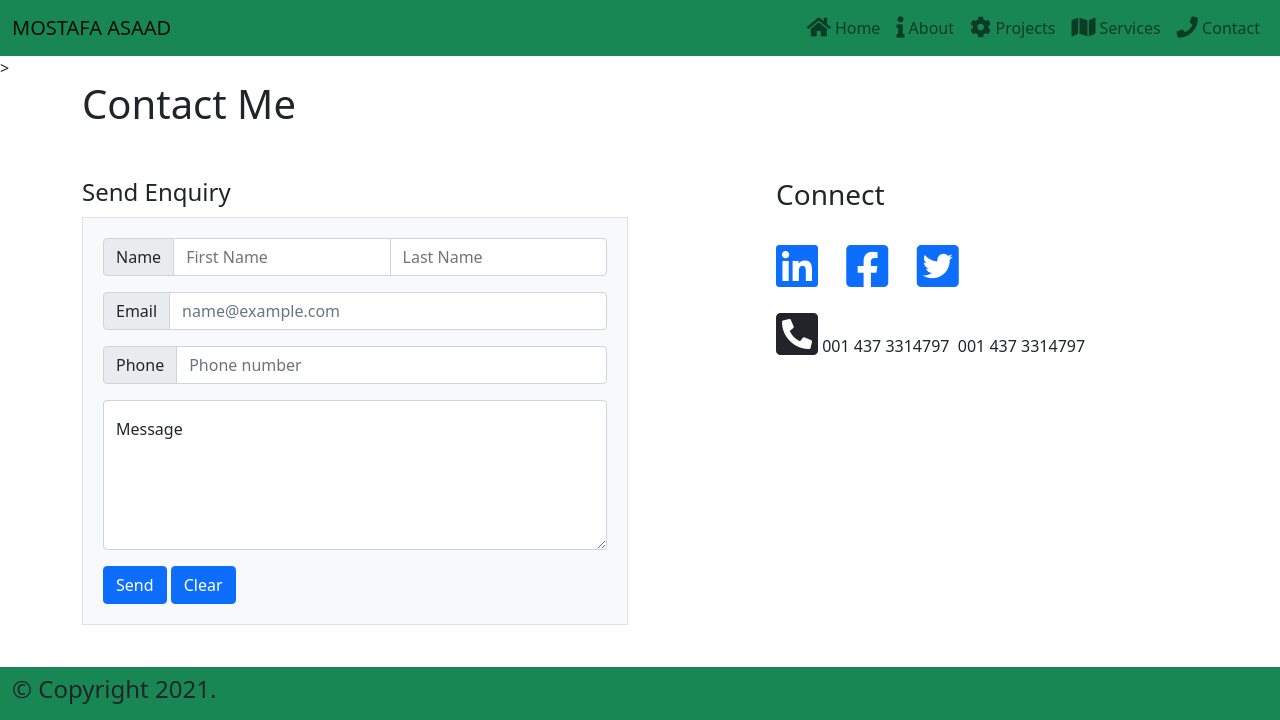
Repository: Mostafa-Asaad/Portfolio
Page: http://localhost/contact
These files come from the project's save history. The page is drawn as it stood at one moment and after the next save; the edit follows.
The browser window is 1280 px wide. The pictures show the whole page.
The page is served by the project's Node server (index.js). Other server files are loaded and not shown.

Above is the page before, as saved 2021-06-04 16:46:10.

### Server/Views/index.ejs
<!DOCTYPE html>
<html lang="en">
<head>
  <meta charset="UTF-8">
  <meta http-equiv="X-UA-Compatible" content="IE=edge">
  <meta name="viewport" content="width=device-width, initial-scale=1.0">
  <title><%= title %></title>
  <!-- CSS Section -->
  <link rel="stylesheet" href="/bootstrap/dist/css/bootstrap.min.css">
  <link rel="stylesheet" href="/@fortawesome/fontawesome-free/css/all.min.css">
  <link rel="stylesheet" href="/Content/app.css">
</head>
<body>
  <!-- Navigation Section -->
 <header>
  <%- include('./components/header.ejs') %>
 </header>

  <!--Main Content-->>
  <main>
    <%- include('./content/' + page + '.ejs') %>
  </main>

  <!-- Bottom Nav -->
  <footer>
    <%- include('./components/footer.ejs') %>
  </footer>

  <!-- JavaScript Section -->
  <script src="/jquery/dist/jquery.min.js"></script>
  <script src="/bootstrap/dist/js/bootstrap.min.js"></script>
  <script src="/Scripts/app.js"></script>
</body>
</html>

### Server/Views/components/header.ejs
<nav class="navbar navbar-expand-lg navbar-light bg-success">
    <div class="container-fluid">
      <a class="navbar-brand" href="#">MOSTAFA ASAAD</a>
      <button class="navbar-toggler" type="button" data-bs-toggle="collapse" data-bs-target="#navbarSupportedContent" aria-controls="navbarSupportedContent" aria-expanded="false" aria-label="Toggle navigation">
        <span class="navbar-toggler-icon"></span>
      </button>
      <div class="collapse navbar-collapse" id="navbarSupportedContent">
        <ul class="navbar-nav ms-auto mb-2 mb-lg-0">
          <li class="nav-item">
            <a class="nav-link" href="/home"><i class="fas fa-home fa-lg"></i> Home</a>
          </li>
          <li class="nav-item">
            <a class="nav-link" href="/about"><i class="fas fa-info fa-lg"></i> About</a>
          </li>
          <li class="nav-item">
            <a class="nav-link" href="/projects"><i class="fas fa-cog fa-lg"></i> Projects</a>
          </li>
          <li class="nav-item">
            <a class="nav-link" href="/services"><i class="fas fa-map fa-lg"></i> Services</a>
          </li>
          <li class="nav-item">
            <a class="nav-link" href="/contact"><i class="fas fa-phone fa-lg"></i> Contact</a>
          </li>
        </ul>
      </div>
    </div>
  </nav>

### Server/Views/content/contact.ejs

<!-- Page Title -->
<div class="container" style= "margin-bottom:50px;" >
  <h1>Contact Me</h1>
</div>

<!-- Message form -->

<div class="container">
  <div class="row align-items-start">
    <div class="col-6">
      <div style= "margin-bottom:10px;">
       <h4>Send Enquiry</h4>
      </div>
      <div class="col border border-bottom rounded-lg bg-light">
       <div style= "margin:20px;">
    <!-- First and last name -->
          <div class="input-group mb-3"  >
            <span class="input-group-text">Name</span>
            <input type="text" placeholder="First Name" aria-label="First name" class="form-control">
            <input type="text" placeholder="Last Name" aria-label="Last name" class="form-control">
          </div>
    <!-- email Form -->
          <div class="input-group flex-nowrap mb-3">
            <span class="input-group-text" id="addon-wrapping">Email</span>
            <input type="text" class="form-control" placeholder="name@example.com" aria-label="email address" aria-describedby="addon-wrapping">
           </div>
    <!-- Phone number -->
          <div class="input-group mb-3">
            <span class="input-group-text" id="inputGroup-sizing-default">Phone</span>
            <input type="text" placeholder="Phone number" class="form-control" aria-label="Sizing example input" aria-describedby="inputGroup-sizing-default">
          </div>
    <!-- Comments -->
          <div class="form-floating mb-3">
            <textarea class="form-control" placeholder="Leave a comment here" id="floatingTextarea2" style="height: 150px"></textarea>
            <label for="floatingTextarea2">Message</label>
          </div>
    <!-- Click Buttons -->
          <input class="btn btn-primary" type="submit" value="Send" >
          <input class="btn btn-primary" type="submit" value="Clear" >
        </div>
      </div>
    </div>
  <!-- Connect Buttons -->
    <div class="col">
      <div class="container-fluid ">
        <div style= "margin-left:100px;">
          <div style= "margin-bottom:30px;">
            <h3>Connect</h3>
          </div>
          <div class="row align-items-start" style= "margin-bottom:20px;">
            <div class="col-2 margin-bottom:30px">
              <a class="link" href="https://www.linkedin.com/in/mostafa-asaad/"><i class="fab fa-linkedin fa-3x"></i></a>
            </div>
            <div class="col-2">
              <a class="link" href="https://www.facebook.com/"><i class="fab fa-facebook-square fa-3x"></i></a>
            </div>
            <div class="col-2">
              <a class="link" href="https://twitter.com/Moe_Asd"><i class="fab fa-twitter-square fa-3x"></i></a>
            </div>
          </div>
          <i class="fas fa-phone-square-alt fa-3x"></i> 001 437 3314797</h6>
          <i class="fas fa-email-square-alt fa-3x"></i> 001 437 3314797</h6>
        </div>
      </div>
    </div>
  </div>
 </div>

### Server/Views/components/footer.ejs
<nav class="navbar fixed-bottom navbar-success bg-success">
    <div class="container-fluid">
      <h4>&copy; Copyright 2021.</h4>
    </div>
  </nav>

### index.js
#!/usr/bin/env node
"use strict";
var __importDefault = (this && this.__importDefault) || function (mod) {
    return (mod && mod.__esModule) ? mod : { "default": mod };
};
Object.defineProperty(exports, "__esModule", { value: true });
const app_1 = __importDefault(require("./Server/Config/app"));
const debug_1 = __importDefault(require("debug"));
debug_1.default('week-4d:server');
const http_1 = __importDefault(require("http"));
let port = normalizePort(process.env.PORT || '3000');
app_1.default.set('port', port);
let server = http_1.default.createServer(app_1.default);
server.listen(port);
server.on('error', onError);
server.on('listening', onListening);
function normalizePort(val) {
    let port = parseInt(val, 10);
    if (isNaN(port)) {
        return val;
    }
    if (port >= 0) {
        return port;
    }
    return false;
}
function onError(error) {
    if (error.syscall !== 'listen') {
        throw error;
    }
    var bind = typeof port === 'string'
        ? 'Pipe ' + port
        : 'Port ' + port;
    switch (error.code) {
        case 'EACCES':
            console.error(bind + ' requires elevated privileges');
            process.exit(1);
            break;
        case 'EADDRINUSE':
            console.error(bind + ' is already in use');
            process.exit(1);
            break;
        default:
            throw error;
    }
}
function onListening() {
    let addr = server.address();
    let bind = typeof addr === 'string'
        ? 'pipe ' + addr
        : 'port ' + addr.port;
    debug_1.default('Listening on ' + bind);
}
//# sourceMappingURL=index.js.map

### Server/Routes/index.js
"use strict";
var __importDefault = (this && this.__importDefault) || function (mod) {
    return (mod && mod.__esModule) ? mod : { "default": mod };
};
Object.defineProperty(exports, "__esModule", { value: true });
const express_1 = __importDefault(require("express"));
const router = express_1.default.Router();
exports.default = router;
router.get('/', function (req, res, next) {
    res.render('index', { title: 'Home', page: 'home' });
});
router.get('/home', function (req, res, next) {
    res.render('index', { title: 'Home', page: 'home' });
});
router.get('/about', function (req, res, next) {
    res.render('index', { title: 'About Us', page: 'about' });
});
router.get('/projects', function (req, res, next) {
    res.render('index', { title: 'Our Projects', page: 'projects' });
});
router.get('/services', function (req, res, next) {
    res.render('index', { title: 'Our Services', page: 'services' });
});
router.get('/contact', function (req, res, next) {
    res.render('index', { title: 'Contact Us', page: 'contact' });
});
//# sourceMappingURL=index.js.map

### Client/Content/app.css
/* your custom css goes here */

### Client/Scripts/app.js
"use strict";
(function () {
    function Start() {
        console.log("App Started");
    }
    window.addEventListener("load", Start);
})();
//# sourceMappingURL=app.js.map

After the next save:
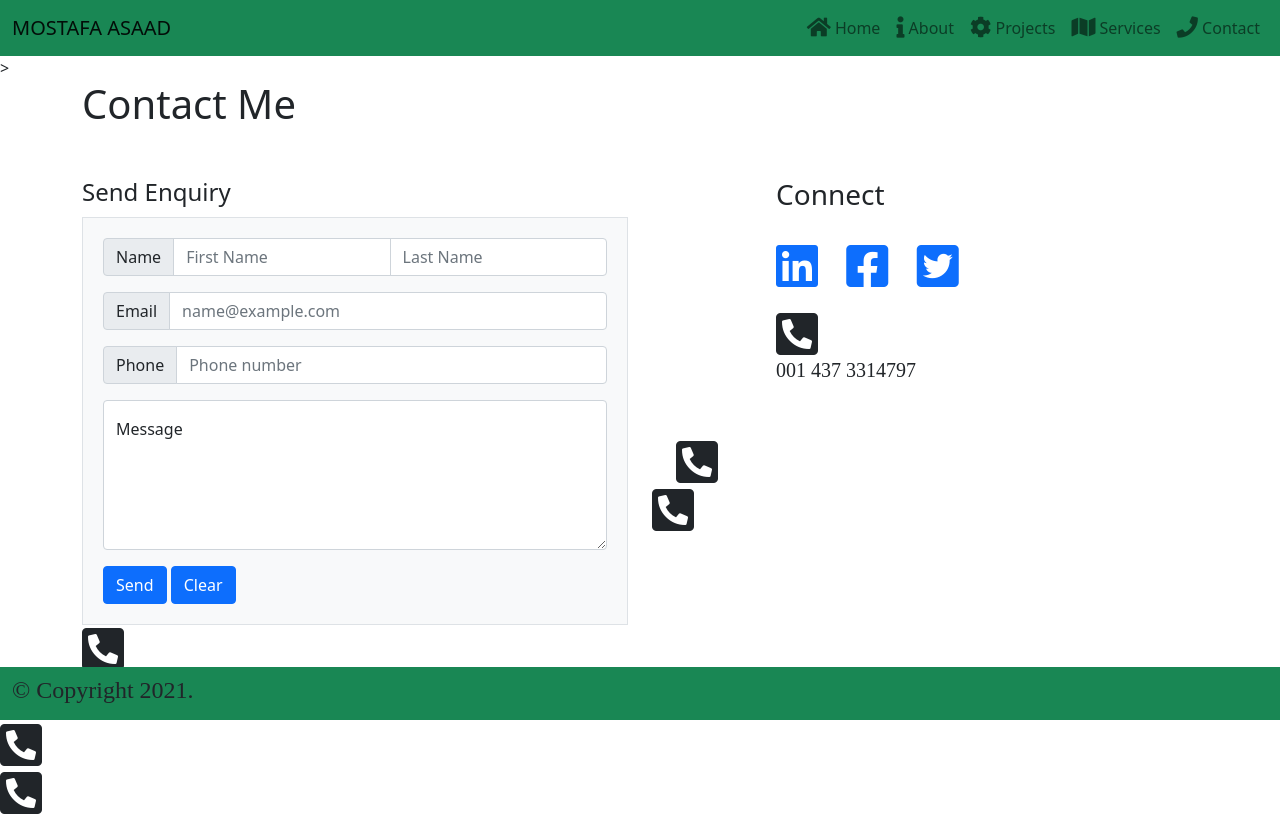
Saved 18 min 55 s later.
--- a/Server/Views/content/contact.ejs
+++ b/Server/Views/content/contact.ejs
@@ -59,8 +59,8 @@
               <a class="link" href="https://twitter.com/Moe_Asd"><i class="fab fa-twitter-square fa-3x"></i></a>
             </div>
           </div>
-          <i class="fas fa-phone-square-alt fa-3x"></i> 001 437 3314797</h6>
-          <i class="fas fa-email-square-alt fa-3x"></i> 001 437 3314797</h6>
+          <i class="fas fa-phone-square-alt fa-3x"><h5>001 437 3314797</h5>
+          <i class="fas fa-email-square-alt fa-3x"></i> </h6>
         </div>
       </div>
     </div>
